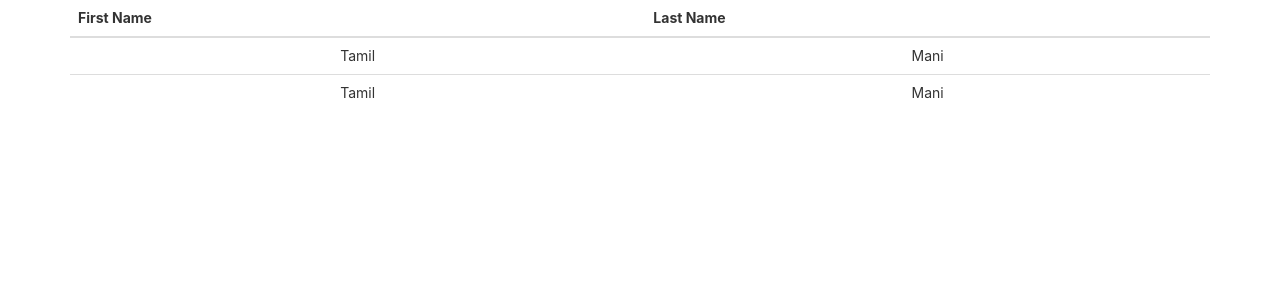
Repository: Green-Technologies-Angular/React-js
Page: /
An editor plug-in stored every save of this project. The page is shown before and after a run of saves, followed by the edit.
The browser window is 1280 px wide. The pictures show the whole page.
The project was rebuilt for these pictures with package versions that can differ from the ones it lists, and the page was loaded fresh each time.

Above is the page before, as saved 2019-03-18 10:12:39.

After the next 4 saves:
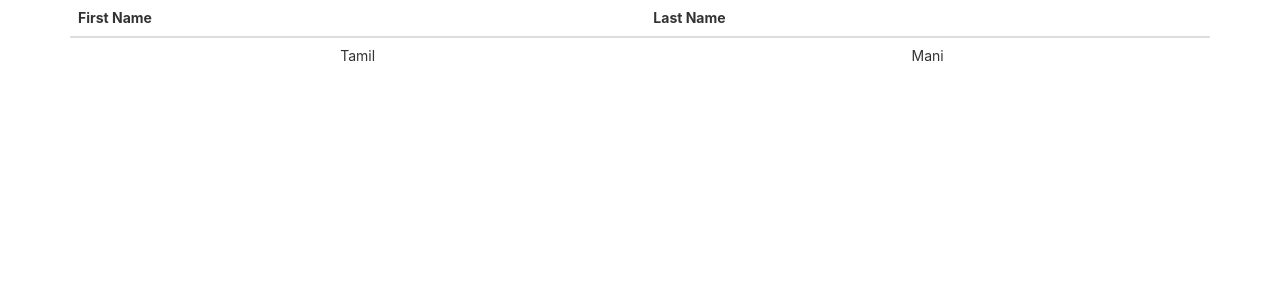
The 4 saves are shown as one change because 3 did not build or start.
The last was saved 101 s later.
--- a/src/App.js
+++ b/src/App.js
@@ -12,7 +12,7 @@ class App extends Component {
   render() {
     return (
       <div className="App">
-        <Header />
+        <Header firstName={this.state.firstName} lastName={this.state.lastName}/>
       </div>
     );
   }
--- a/src/component/header.js
+++ b/src/component/header.js
@@ -1,13 +1,7 @@
 import React, { Component } from 'react';
 
 class Header extends Component{
-    constructor(props){
-        super(props);
-        this.state = {
-          firstName : "Tamil",
-          lastName : "Mani"
-        }
-      }
+
     render(){
         return(
             <div className="container">
@@ -25,18 +19,10 @@ class Header extends Component{
                     <tbody>
                     <tr>
                         <td>
-                        {this.state.firstName}
+                        {this.props.firstName}
                         </td>
                         <td>
-                        {this.state.lastName}
-                        </td>
-                    </tr>
-                    <tr>
-                        <td>
-                        {this.state.firstName}
-                        </td>
-                        <td>
-                        {this.state.lastName}
+                        {this.props.lastName}
                         </td>
                     </tr>
                     </tbody>
